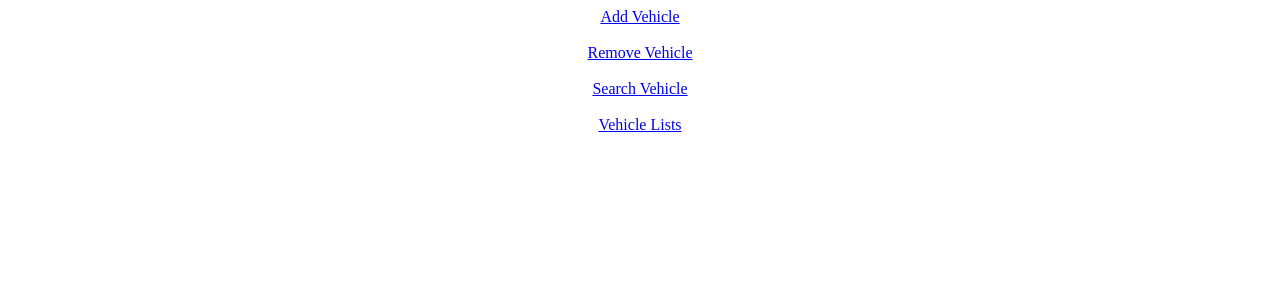
Repository: harsh23012/InfiniteProjects
Page: CarRent/carrent/src/main/webapp/AdminPage.html
An editor plug-in stored every save of this project. The page is shown before and after the next save, followed by the edit.
The browser window is 1280 px wide. The pictures show the whole page.

Above is the page before, as saved 2025-05-03 07:00:18.

### CarRent/carrent/src/main/webapp/AdminPage.html
<!DOCTYPE html>
<html>
<head>
<meta charset="UTF-8">
<title>Insert title here</title>
</head>
<body>
	<center>
		  <!-- Link to add vehicle page -->
        <a href="AddVehicle.html">Add Vehicle</a><br><br>

        <!-- Link to remove vehicle page -->
        <a href="RemoveVehicle.html">Remove Vehicle</a><br><br>

                <!-- Link to search vehicle page -->
        <a href="SearchVehicle.html">Search Vehicle</a><br><br>

        <!-- Link to list of available vehicle page -->
        <a href="AvailVehicle.html">Vehicle Lists</a>

	</center>


</body>
</html>

After the next save:
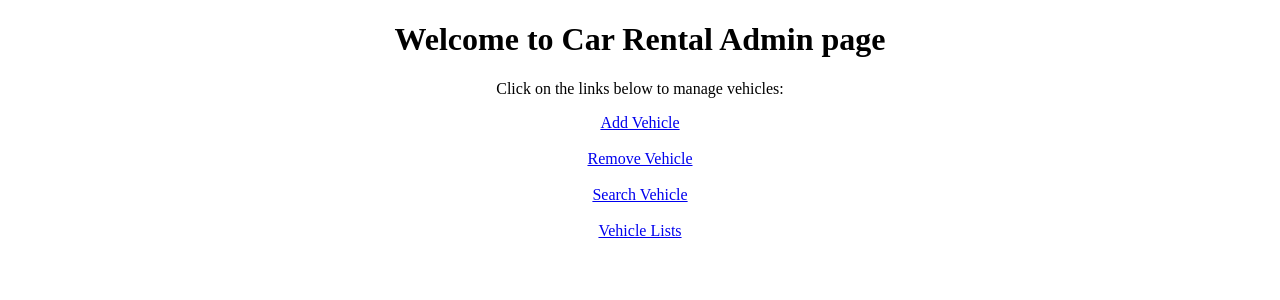
Saved 31 s later.
--- a/CarRent/carrent/src/main/webapp/AdminPage.html
+++ b/CarRent/carrent/src/main/webapp/AdminPage.html
@@ -6,6 +6,10 @@
 </head>
 <body>
 	<center>
+
+	 	<h1>Welcome to Car Rental Admin page</h1>
+
+        <p>Click on the links below to manage vehicles:</p>
 		  <!-- Link to add vehicle page -->
         <a href="AddVehicle.html">Add Vehicle</a><br><br>
 
